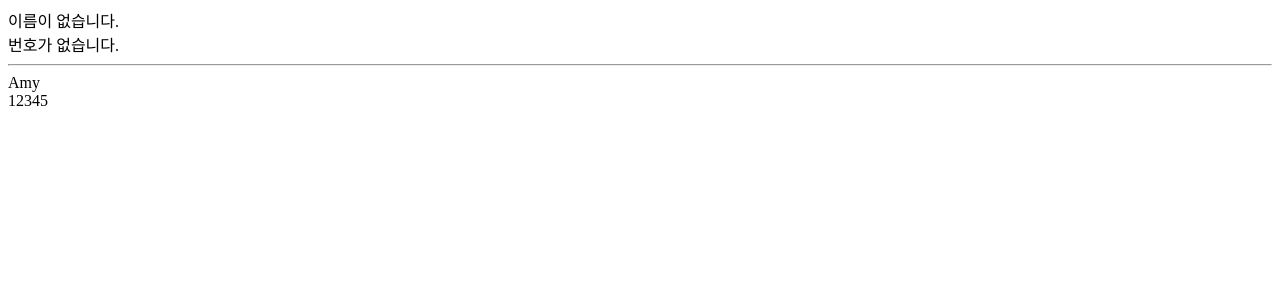
Repository: daelong/ServletJsp
Page: http://localhost/edu/example17.jsp
An editor plug-in stored every save of this project. The page is shown before and after the next save, followed by the edit.
The browser window is 1280 px wide. The pictures show the whole page.
The page is served by Tomcat 9.

Above is the page before, as saved 2019-03-11 11:14:33.

After the next save:
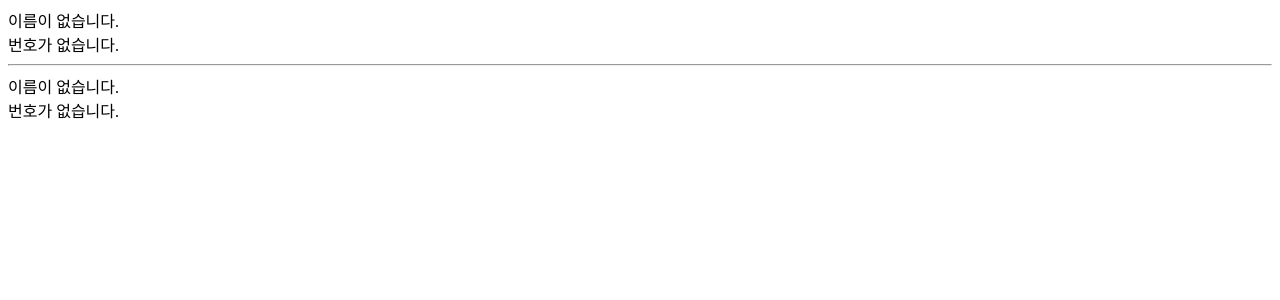
Saved 43 s later.
--- a/edu/WebContent/example17.jsp
+++ b/edu/WebContent/example17.jsp
@@ -9,8 +9,8 @@
 	<jsp:getProperty property="name" name="hello" /></br>
 	<jsp:getProperty property="number" name="hello" /></br>
 
-	<jsp:setProperty property="name" name="hello" value="Amy"/>
-	<jsp:setProperty property="number" name="hello" value="12345"/>
+	<jsp:setProperty property="name" name="hello" param="a"/>
+	<jsp:setProperty property="number" name="hello" param="b"/>
 
 	<hr>
 
